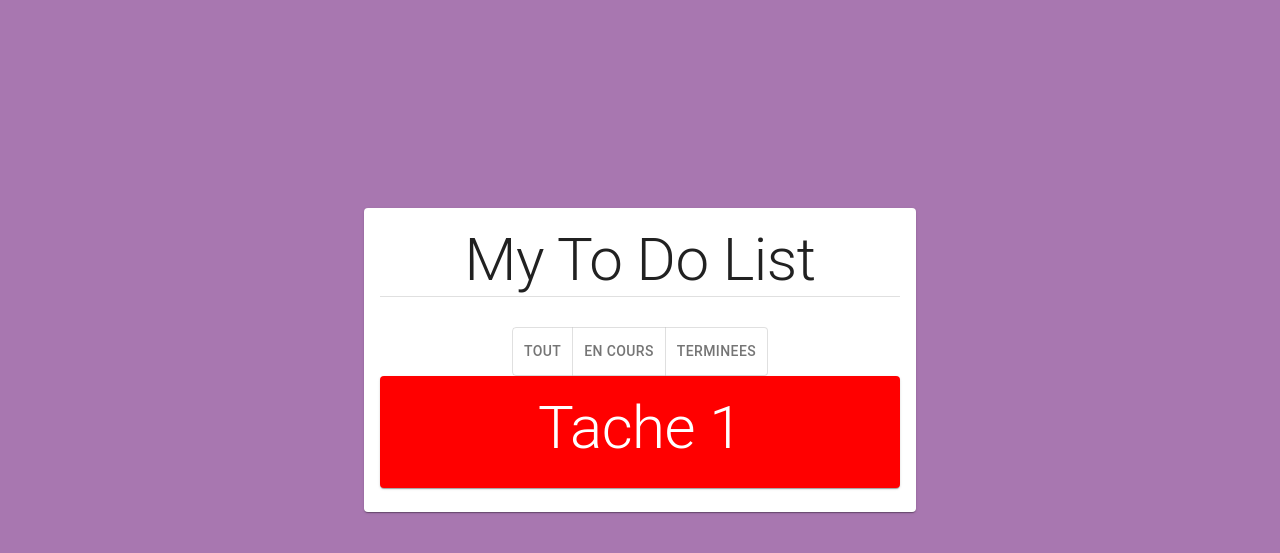
Repository: Fathiyasmine/Todo-list-project
Page: /
These files come from the project's save history. The page is drawn as it stood at one moment and after the next save; the edit follows.
The browser window is 1280 px wide. The pictures show the whole page.
The project was rebuilt for these pictures with package versions that can differ from the ones it lists, and the page was loaded fresh each time.

Above is the page before, as saved 2025-12-07 17:06:26.

After the next save:
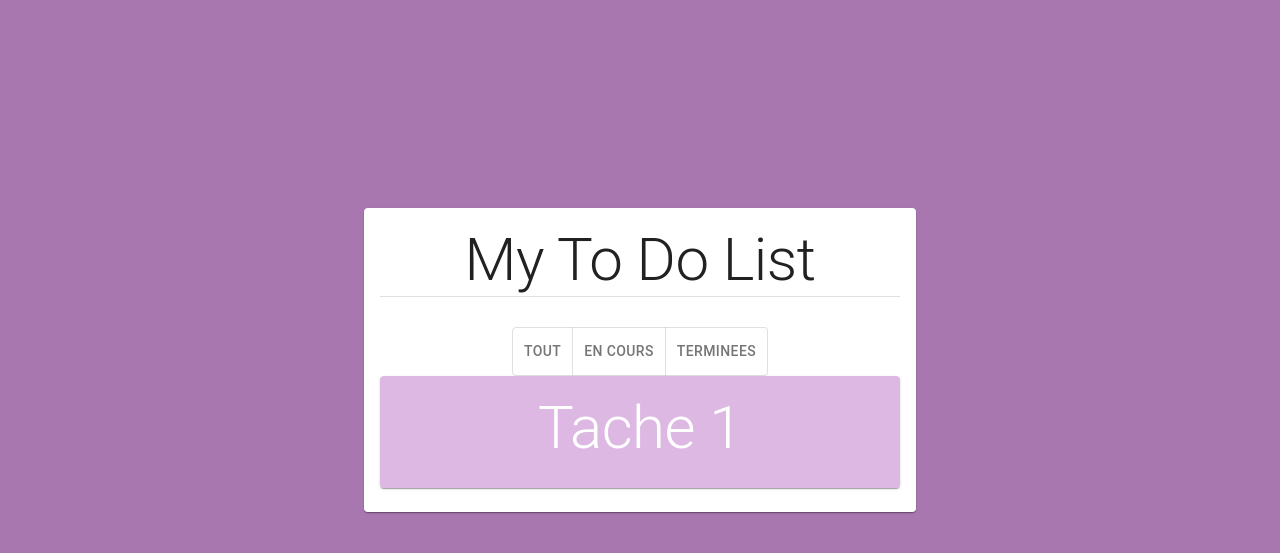
Saved 60 s later.
--- a/src/components/Todo.js
+++ b/src/components/Todo.js
@@ -5,7 +5,7 @@ import Typography from "@mui/material/Typography";
 export default function Todo() {
   return (
     <>
-      <Card style={{ color: "white", background: "red" }}>
+      <Card style={{ color: "white", background: "#c990d3a3" }}>
         <CardContent>
           <Typography variant="h2">Tache 1</Typography>
         </CardContent>
